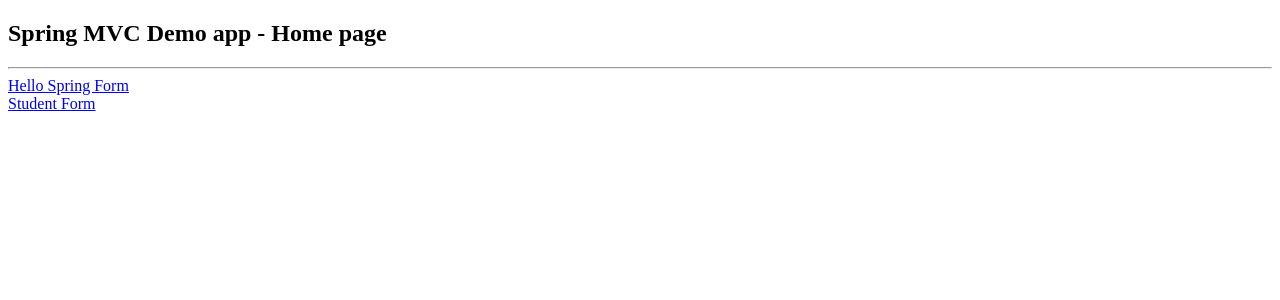
Repository: Mostafayehya/Spring-Hibernate-for-beginners-course-code
Page: http://localhost/spring-mvc-demo/
These files come from the project's save history. The page is drawn as it stood at one moment and after the next save; the edit follows.
The browser window is 1280 px wide. The pictures show the whole page.
The page is served by Tomcat 9.

Above is the page before, as saved 2019-12-02 11:30:39.

After the next save:
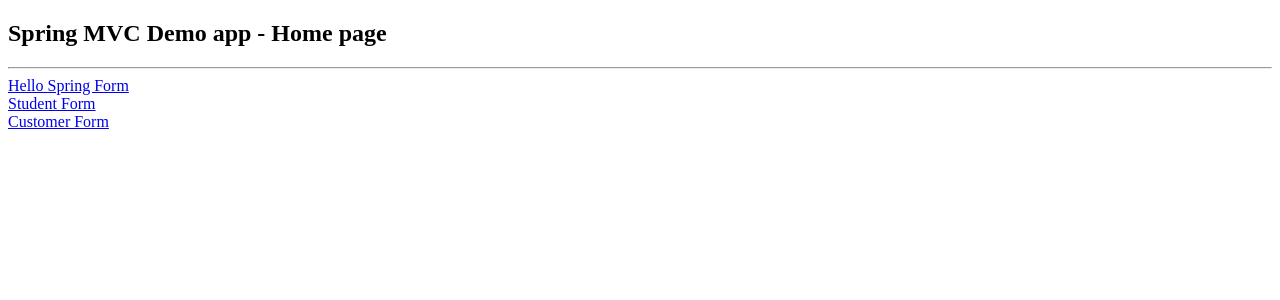
Saved 58 s later.
--- a/spring-mvc-demo/WebContent/WEB-INF/view/main-menu.jsp
+++ b/spring-mvc-demo/WebContent/WEB-INF/view/main-menu.jsp
@@ -7,5 +7,7 @@
 	<a href="hello/showForm">Hello Spring Form</a>
 	<br>
 	<a href="student/showForm">Student Form</a>
+	<br>
+	<a href="customer/showForm">Customer Form</a>
 </body>
 </html>
